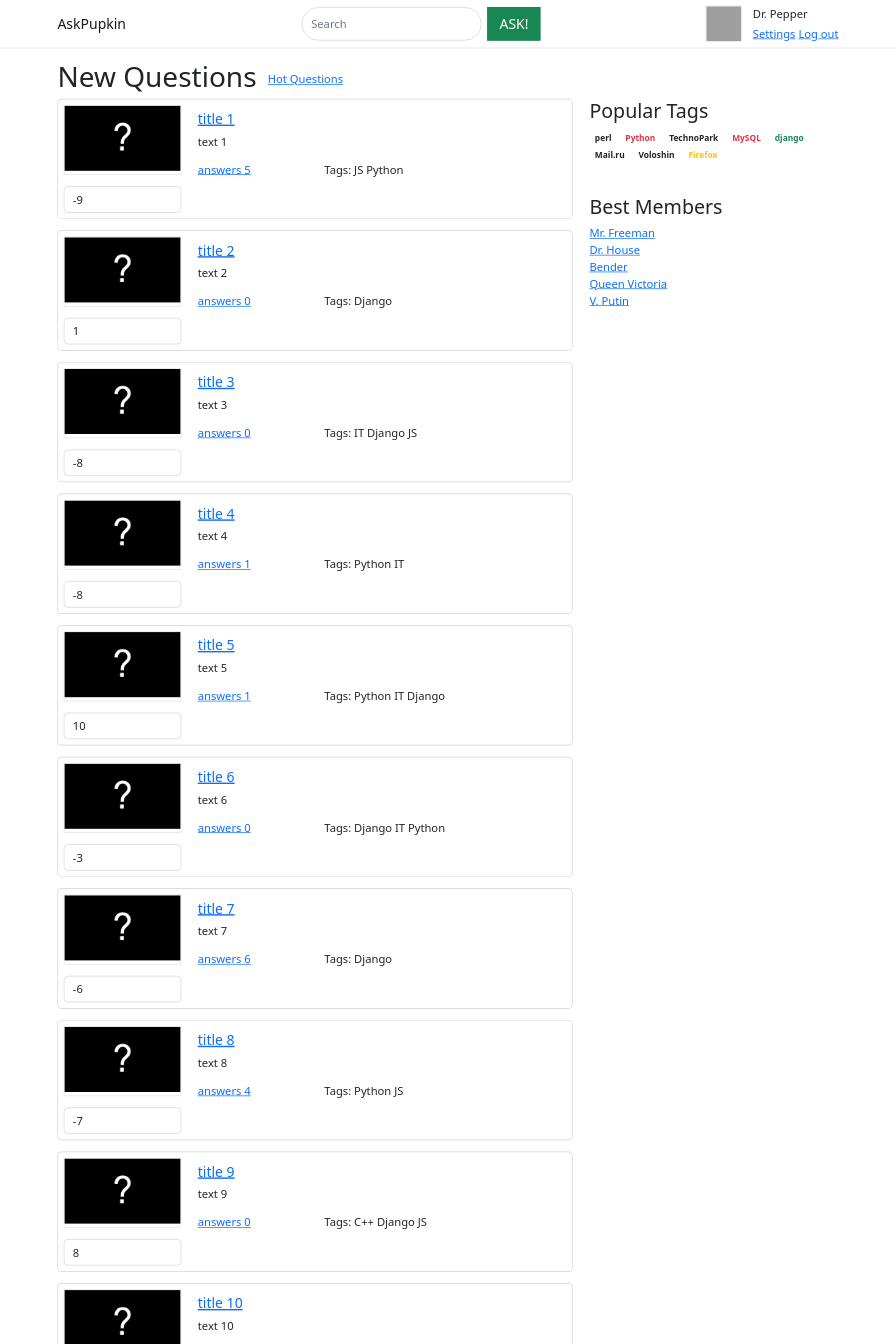
Repository: MiniDan21/askme_molchanov_django
Page: http://localhost/
An editor plug-in stored every save of this project. The page is shown before and after the next save, followed by the edit.
The browser window is 1280 px wide. The pictures show the part of the page from y = 0 to 1920 px (the page is 5703 px tall), at 70% of full size.
Pictures or frames that could not be fetched are drawn as grey boxes. The page is served by the project's application, run on Django 5.2 (manage.py).

Above is the page before, as saved 2024-04-09 12:23:17.

After the next save:
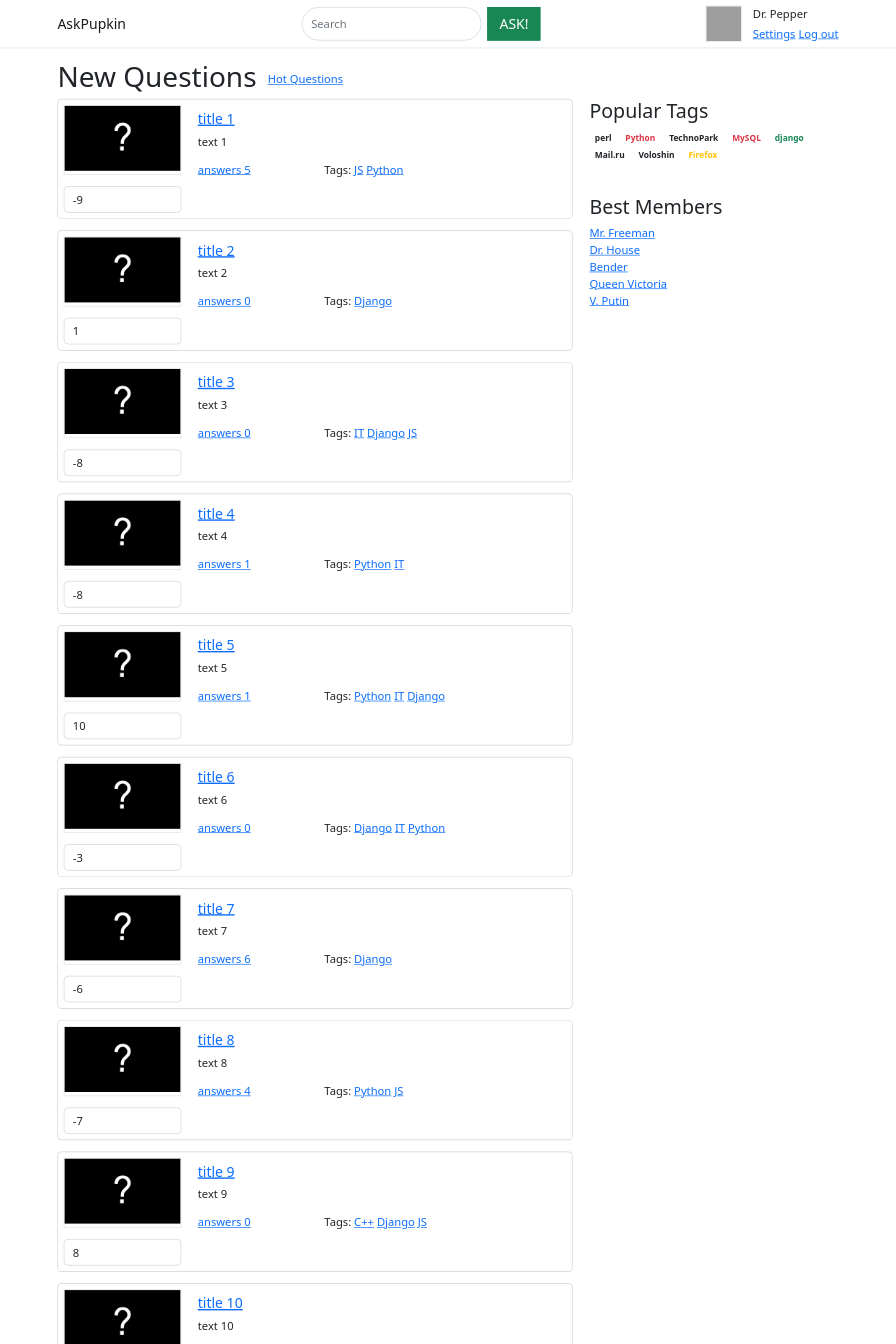
Saved 15 s later.
--- a/templates/index.html
+++ b/templates/index.html
@@ -102,8 +102,7 @@
                     <div class="col-8">
                       <span>Tags:</span>
                       {% for tag in question.tags %}
-
-                        {{ tag.name }}
+                        <a href="{% url "tag" tag.name %}">{{ tag.name }}</a>
                       {% endfor %}
                     </div>
                   </div>
